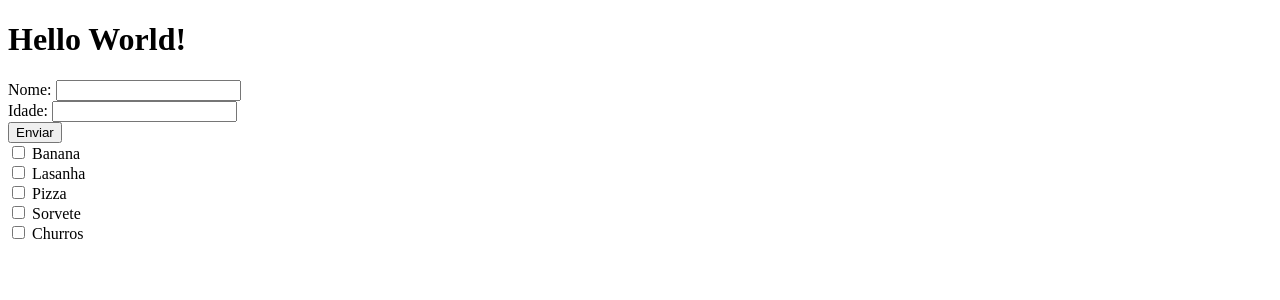
Repository: gustavofragadeveloper/Estudos-backend
Page: AULA6/aula-02-04/src/main/webapp/index.html
These files come from the project's save history. The page is drawn as it stood at one moment and after the next save; the edit follows.
The browser window is 1280 px wide. The pictures show the whole page.

Above is the page before, as saved 2024-04-03 00:20:14.

### AULA6/aula-02-04/src/main/webapp/index.html
<!DOCTYPE html>
<html>
<head>
<meta charset="UTF-8">
<title>Insert title here</title>
</head>
<body>
<h1>Hello World!</h1>
<form action="Aula" method="get">
Nome: <input type="text" name="nome"><br>
Idade: <input type="number" name="idade"><br>
<input type="submit" value="Enviar"> <br>
<input type="checkbox" name="comidasFavoritas" value="banana"> Banana <br>
<input type="checkbox" name="comidasFavoritas" value="lasanha"> Lasanha <br>
<input type="checkbox" name="comidasFavoritas" value="pizza"> Pizza <br>
<input type="checkbox" name="comidasFavoritas" value="sorvete"> Sorvete <br>
<input type="checkbox" name="comidasFavoritas" value="churros"> Churros <br>


</form>

</body>
</html>

After the next save:
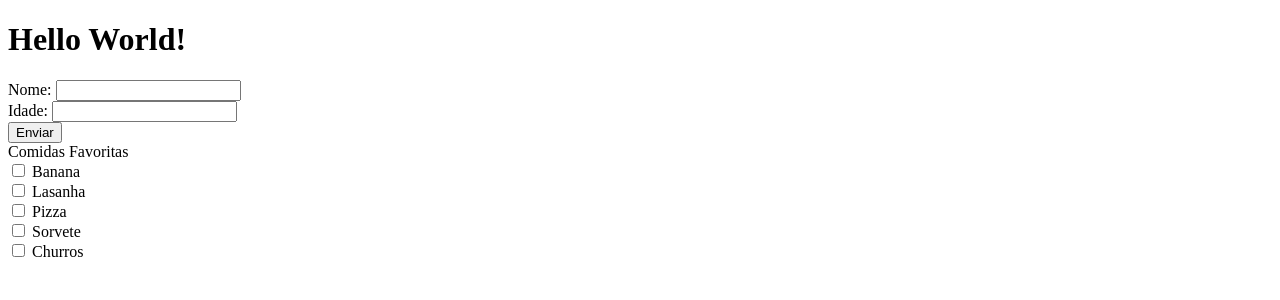
Saved 59 s later.
--- a/AULA6/aula-02-04/src/main/webapp/index.html
+++ b/AULA6/aula-02-04/src/main/webapp/index.html
@@ -10,6 +10,7 @@
 Nome: <input type="text" name="nome"><br>
 Idade: <input type="number" name="idade"><br>
 <input type="submit" value="Enviar"> <br>
+<label>Comidas Favoritas</label><br>
 <input type="checkbox" name="comidasFavoritas" value="banana"> Banana <br>
 <input type="checkbox" name="comidasFavoritas" value="lasanha"> Lasanha <br>
 <input type="checkbox" name="comidasFavoritas" value="pizza"> Pizza <br>
